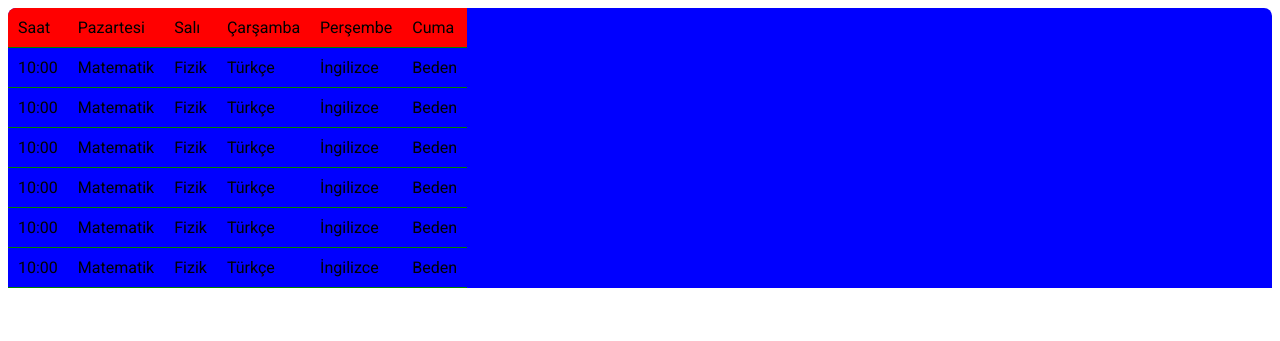
Repository: ahmetbugraozcan/css-ders-programi
Page: deneme2.html
An editor plug-in stored every save of this project. The page is shown before and after the next save, followed by the edit.
The browser window is 1280 px wide. The pictures show the whole page.

Above is the page before, as saved 2021-07-10 15:16:11.

After the next save:
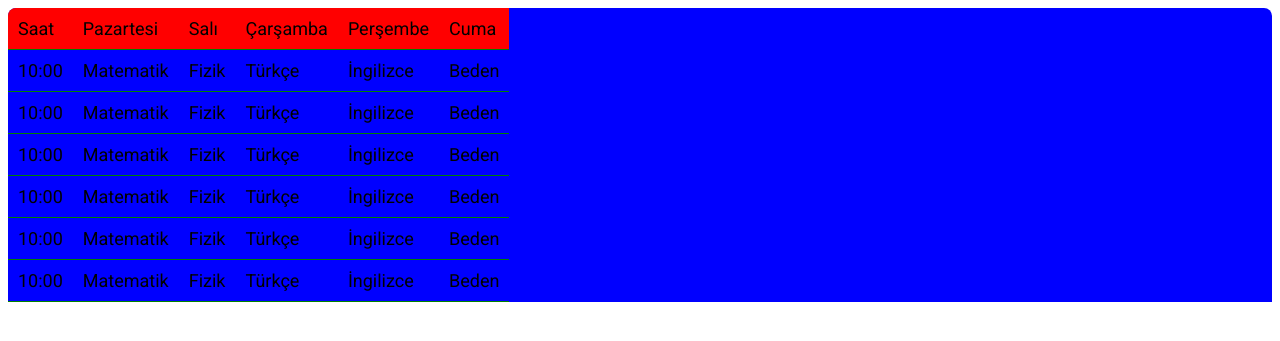
Saved 5 s later.
--- a/deneme2.html
+++ b/deneme2.html
@@ -10,7 +10,7 @@
 
         body {
             font-family: 'Roboto', sans-serif;
-            font-size: auto;
+            font-size: 18px;
 
         }
 
